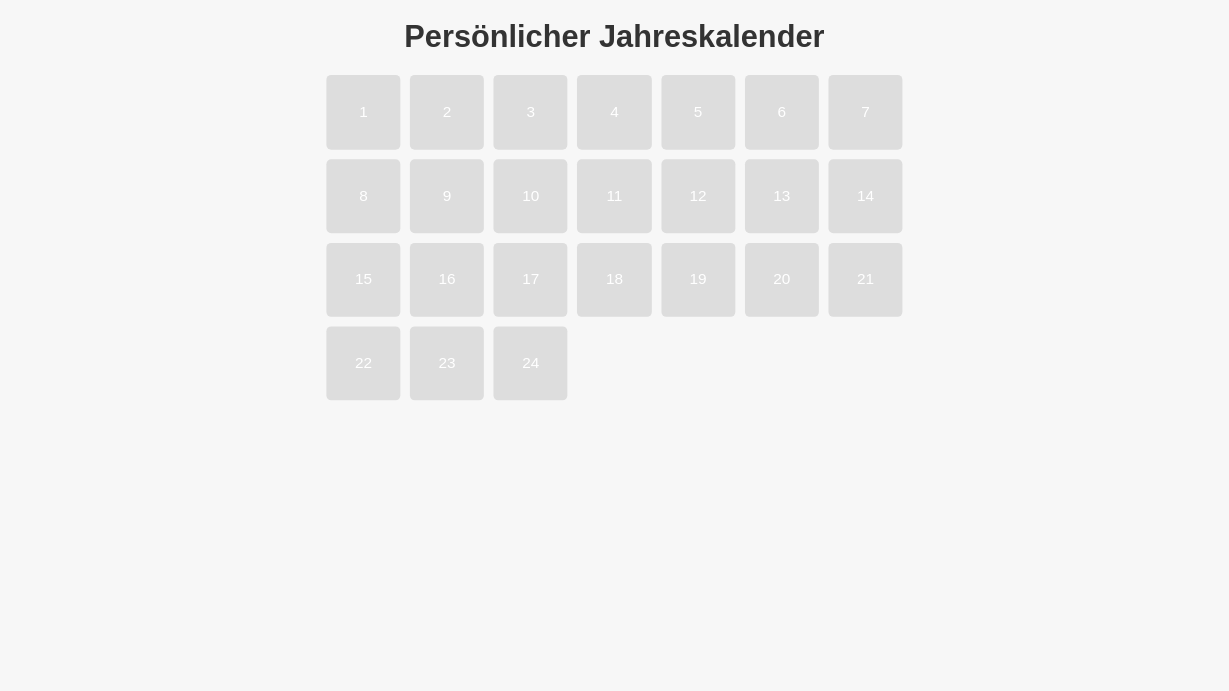
Repository: vickykey02/Adventskalender
Page: index.html
The author's editor kept a copy of each file at every save. The page is drawn from the files as they stood at one save, then again after the next save.
The browser window is 1280 px wide. The pictures show the whole page, at 96% of full size.

Above is the page before, as saved 2024-11-26 21:34:00.

After the next save:
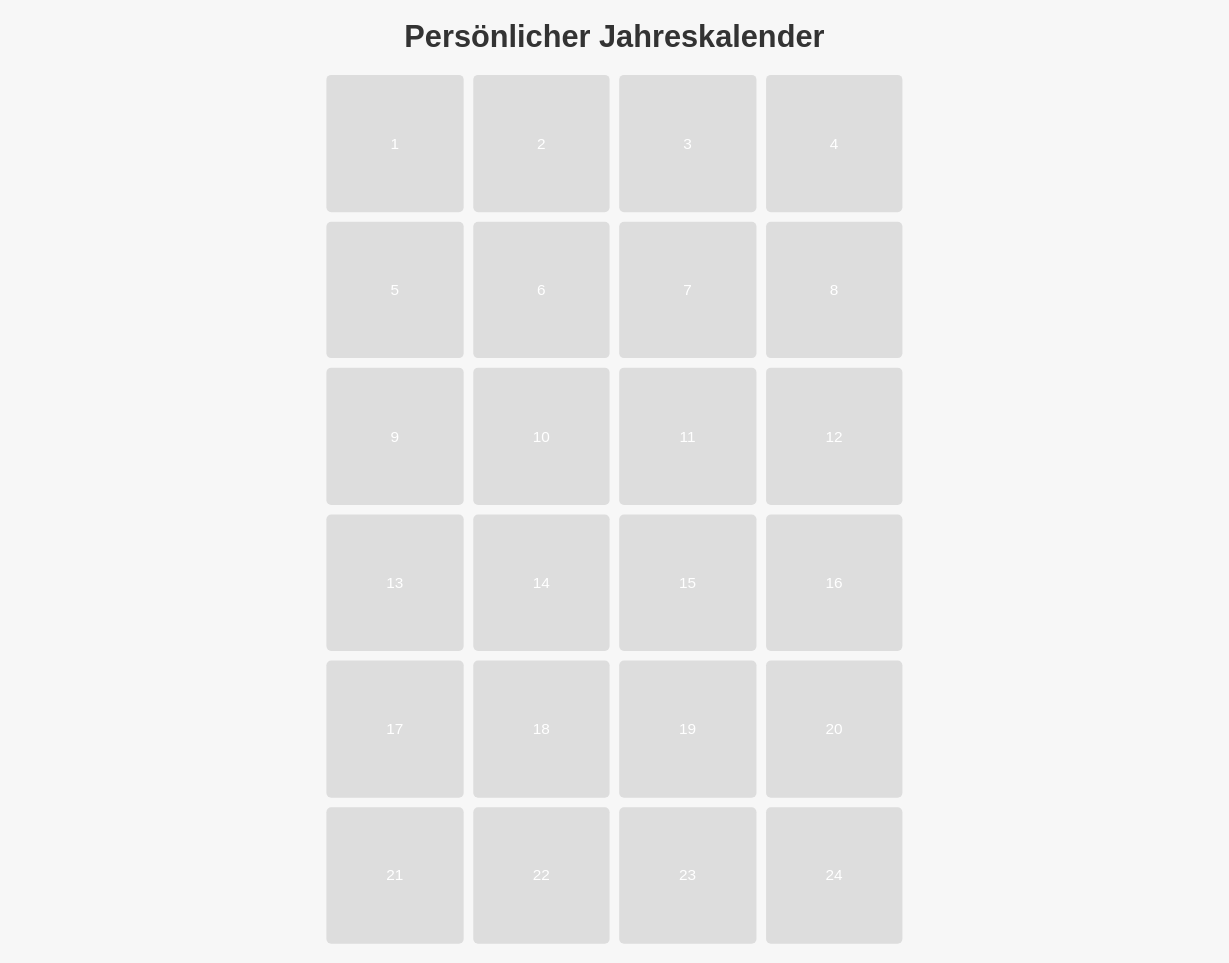
Saved 2 min 30 s later.
--- a/styles.css
+++ b/styles.css
@@ -11,7 +11,7 @@ h1 {
 }
 .calendar {
     display: grid;
-    grid-template-columns: repeat(7, 1fr);
+    grid-template-columns: repeat(4, 1fr);
     gap: 10px;
     max-width: 600px;
     margin: 20px auto;
